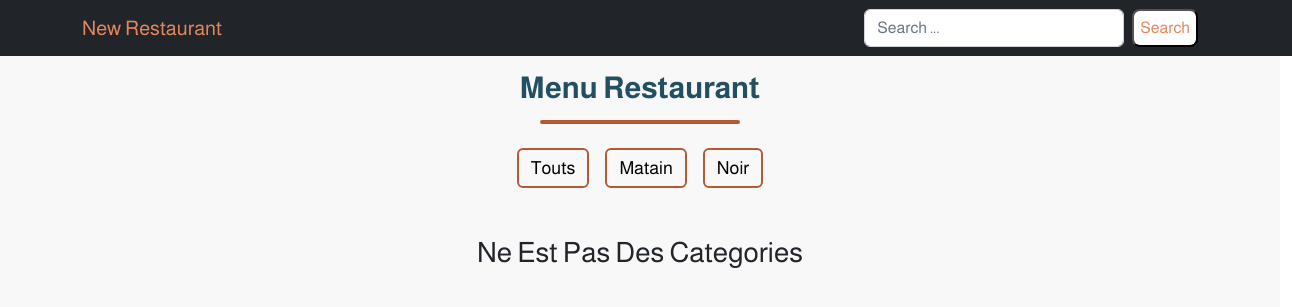
Repository: SD-Mdouka/react-table
Page: /
The author's editor kept a copy of each file at every save. The page is drawn from the files as they stood at one save, then again after the next save.
The browser window is 1280 px wide. The page is 1292 px wide, so the pictures cover 1292 px, including what lies to the right of the window. The pictures show the whole page.
The project was rebuilt for these pictures with package versions that can differ from the ones it lists, and the page was loaded fresh each time.

Above is the page before, as saved 2022-10-11 17:31:58.

### public/index.html
<!DOCTYPE html>
<html lang="en">

<head>
    <meta charset="utf-8" />
    <link rel="icon" href="%PUBLIC_URL%/favicon.ico" />
    <meta name="viewport" content="width=device-width, initial-scale=1" />
    <meta name="theme-color" content="#000000" />
    <meta name="description" content="Web site created using create-react-app" />
    <link rel="apple-touch-icon" href="%PUBLIC_URL%/logo192.png" />
    <!--
      manifest.json provides metadata used when your web app is installed on a
      user's mobile device or desktop. See https://developers.google.com/web/fundamentals/web-app-manifest/
    -->
    <link rel="manifest" href="%PUBLIC_URL%/manifest.json" />
    <link rel="preconnect" href="https://fonts.googleapis.com" />
    <link rel="preconnect" href="https://fonts.gstatic.com" crossorigin />
    <link href="https://fonts.googleapis.com/css2?family=Almarai:wght@300;400;700;800&family=Cairo:wght@300&display=swap" rel="stylesheet" />

    <link rel="stylesheet" href="https://cdn.jsdelivr.net/npm/bootstrap@5.2.0-beta1/dist/css/bootstrap.min.css" integrity="sha384-0evHe/X+R7YkIZDRvuzKMRqM+OrBnVFBL6DOitfPri4tjfHxaWutUpFmBp4vmVor" crossorigin="anonymous" />
    <title>React App</title>
</head>

<body>
    <noscript>You need to enable JavaScript to run this app.</noscript>
    <div id="root"></div>
    <!--
      This HTML file is a template.
      If you open it directly in the browser, you will see an empty page.

      You can add webfonts, meta tags, or analytics to this file.
      The build step will place the bundled scripts into the <body> tag.

      To begin the development, run `npm start` or `yarn start`.
      To create a production bundle, use `npm run build` or `yarn build`.
    -->
</body>

</html>

### src/App.tsx
import React, { useState } from "react";
import { Container } from "react-bootstrap";
import "./App.css";
import NavBar from "./components/Navbar";
import Header from "./components/Header";
import Category from "./components/Category";
import ItemsList from "./components/ItemsList";
import { ListProduct } from "./components/data";

const App = () => {
  const [itemData, setItemData] = useState(ListProduct);

  // filter by categories
  const filterbyCategory = (cat: string) => {
    const newArr = ListProduct.filter((item) => item.category === cat);
    setItemData(newArr);
  };

  return (
    <div className="color-body font">
      <NavBar />
      <Container>
        <Header />
        <Category filterbyCategory={filterbyCategory} />
        <ItemsList itemData={itemData} />
      </Container>
    </div>
  );
};

export default App;

### src/App.css
.color-body {
    background-color: #f8f8f8;
    height: 100vh;
}

.font {
    font-family: "Almarai", sans-serif;
}

.title {
    color: #224f61;
    font-family: Almarai;
    font-size: 30px;
    font-weight: bold;
    letter-spacing: 0;
    line-height: 64px;
}

.underline {
    height: 1px;
    width: 200px;
    border-radius: 10px;
    border: 2px solid #b45b35;
    background-color: #e4865d;
}

.btn {
    color: black !important;
    font-family: Almarai !important;
    font-size: 18px !important;
    letter-spacing: 0 !important;
    line-height: 24px !important;
    border: 2px solid #b45b35 !important;
}

.btn:hover {
    color: #fff !important;
    font-family: Almarai !important;
    font-size: 18px !important;
    font-weight: bold !important;
    letter-spacing: 0 !important;
    line-height: 24px !important;
    border-radius: 11px !important;
    border: none !important;
    background: #e4865d !important;
    -webkit-border-radius: 11px !important;
    -moz-border-radius: 11px !important;
    -ms-border-radius: 11px !important;
    -o-border-radius: 11px !important;
    transition: all 1s;
    -webkit-transition: all 1s;
    -moz-transition: all 1s;
    -ms-transition: all 1s;
    -o-transition: all 1s;
}

.img-item {
    height: 200px !important;
    width: 252px !important;
    border-radius: 5px;
}

.item-description {
    color: #8c8c8c;
    font-family: Almarai;
    font-size: 16px;
    letter-spacing: 0;
    line-height: 20px;
}

.item-title {
    color: #555555;
    font-family: Almarai;
    font-size: 16px;
    font-weight: bold;
    letter-spacing: 0;
    line-height: 20px;
}

.card-color {
    background-color: #f8f8f8;
}

.item-price {
    color: #e4865d;
    font-family: Almarai;
    font-size: 16px;
    font-weight: bold;
    letter-spacing: 0;
    line-height: 20px;
}

.btn-search {
    color: #e4865d;
    border-radius: 3px solid #e4865d;
    border-radius: 8px;
    background-color: white;
    -webkit-border-radius: 3px solid #e4865d;
    -moz-border-radius: 3px solid #e4865d;
    -ms-border-radius: 3px solid #e4865d;
    -o-border-radius: 3px solid #e4865d;
}

.btn-search:hover {
    color: white;
    border-radius: 3px solid white;
    background-color: #e4865d;
    border-radius: 8px;
    -webkit-border-radius: 3px solid white;
    -moz-border-radius: 3px solid white;
    -ms-border-radius: 3px solid white;
    -o-border-radius: 3px solid white;
}

.brand-color {
    color: #e4865d;
}

### src/components/Navbar.tsx
import { Container, Navbar, Row, Nav, Form } from "react-bootstrap";

const NavBar = () => {
  return (
    <Row>
      <Navbar bg="dark" variant="dark">
        <Container>
          <Navbar.Brand href="#">
            <div className="brand-color">New Restaurant</div>
          </Navbar.Brand>
          <Navbar.Toggle aria-controls="navbarScroll" />
          <Navbar.Collapse id="navbarScroll">
            <Nav
              className="me-auto my-2 my-lg-0"
              style={{ maxHeight: "100px" }}
              navbarScroll
            ></Nav>
            <Form className="d-flex">
              <Form.Control
                type="text"
                placeholder="Search ..."
                className="mx-2"
              />
              <button className="btn-search">Search</button>
            </Form>
          </Navbar.Collapse>
        </Container>
      </Navbar>
    </Row>
  );
};

export default NavBar;

### src/components/Header.tsx
import { Row, Col } from "react-bootstrap";

const Header = () => {
  return (
    <Row>
      <Col sm="12" className="justify-content-center text-center">
        <div className="title">Menu Restaurant</div>
        <div className="justify-content-center d-flex">
          <p className="underline"></p>
        </div>
      </Col>
    </Row>
  );
};

export default Header;

### src/components/Category.tsx
import { Row, Col } from "react-bootstrap";

const Category = ({ filterbyCategory }: { filterbyCategory: any }) => {
  const onFilter = (cat: string) => {
    filterbyCategory(cat);
  };
  return (
    <Row className="my-2 mb-5">
      <Col sm="12" className="d-flex justify-content-center">
        <div>
          <button
            onClick={() => onFilter("Meal Breakfast")}
            className="btn mx-2"
          >
            Touts
          </button>
          <button className="btn mx-2">Matain</button>
          <button className="btn mx-2">Noir</button>
        </div>
      </Col>
    </Row>
  );
};

export default Category;

### src/components/ItemsList.tsx
import { Row, Col, Card } from "react-bootstrap";

const ItemsList = ({ itemData }: { itemData: any }) => {
  return (
    <Row className="">
      {itemData.lengh >= 1 ? (
        itemData.map((item: any) => {
          const { title, imgUrl, price, description } = item;
          return (
            <Col sm="12" className="mb-3">
              <Card
                className="d-flex flex-row"
                style={{ backgroundColor: "#f8f8f8" }}
              >
                <Card.Img className="img-item" variant="top" src={imgUrl} />
                <Card.Body>
                  <Card.Title className="d-flex justify-content-between">
                    <div className="item-title">{title}</div>
                    <div className="item-price">{price}</div>
                  </Card.Title>
                  <Card.Text className="py-2">
                    <div className="item-description">{description}</div>
                  </Card.Text>
                </Card.Body>
              </Card>
            </Col>
          );
        })
      ) : (
        <h3 className="text-center">Ne Est Pas Des Categories </h3>
      )}
    </Row>
  );
};

export default ItemsList;

### src/components/data.tsx
type Product = {
  id: number;
  title: string;
  description: string;
  price: string;
  category: string;
  imgUrl: string;
}[];

export const ListProduct: Product = [
  {
    id: Math.random(),
    title: "DeJoneer, Diner",
    description:
      "Satisfaction, Place Assisis, X-Personis Handicapes,Service de Table",
    price: "120 DH",
    category: "Meal Breakfast",
    imgUrl: "ra68-TACOS-DE-LILLE-food.jpg",
  },
  {
    id: Math.random(),
    title: "DeJoneer, Diner",
    description:
      "Satisfaction, Place Assisis, X-Personis Handicapes,Service de Table",
    price: "120 DH",
    category: "Meal Lunch",
    imgUrl: "ra68-TACOS-DE-LILLE-food.jpg",
  },
  {
    id: Math.random(),
    title: "DeJoneer, Diner",
    description:
      "Satisfaction, Place Assisis, X-Personis Handicapes,Service de Table",
    price: "120 DH",
    category: "Meal Dinner",
    imgUrl: "ra68-TACOS-DE-LILLE-food.jpg",
  },
  {
    id: Math.random(),
    title: "DeJoneer, Diner",
    description:
      "Satisfaction, Place Assisis, X-Personis Handicapes,Service de Table",
    price: "120 DH",
    category: "Meal Breakfast",
    imgUrl: "ra68-TACOS-DE-LILLE-food.jpg",
  },
  {
    id: Math.random(),
    title: "DeJoneer, Diner",
    description:
      "Satisfaction, Place Assisis, X-Personis Handicapes,Service de Table",
    price: "120 DH",
    category: "Meal Dinner",
    imgUrl: "ra68-TACOS-DE-LILLE-food.jpg",
  },
];

Loaded but not shown: src/index.tsx (common file); src/index.css (common file); src/reportWebVitals.ts (common file)

After the next save:
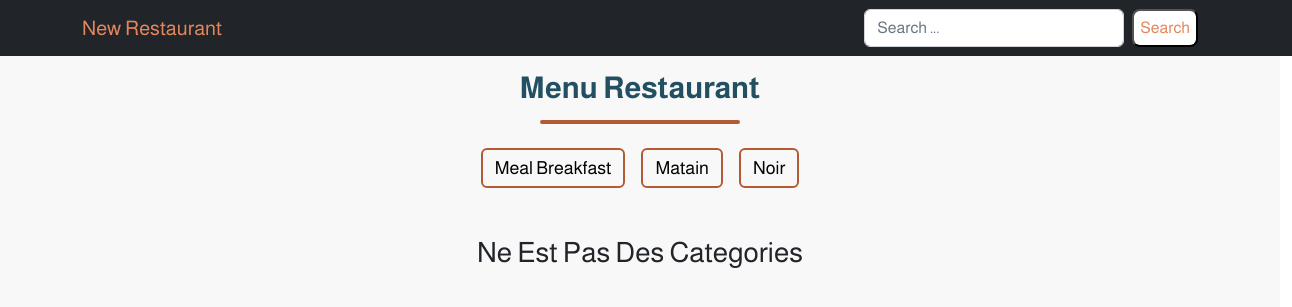
Saved 1 s later.
--- a/src/components/Category.tsx
+++ b/src/components/Category.tsx
@@ -12,7 +12,7 @@ const Category = ({ filterbyCategory }: { filterbyCategory: any }) => {
             onClick={() => onFilter("Meal Breakfast")}
             className="btn mx-2"
           >
-            Touts
+            Meal Breakfast
           </button>
           <button className="btn mx-2">Matain</button>
           <button className="btn mx-2">Noir</button>
